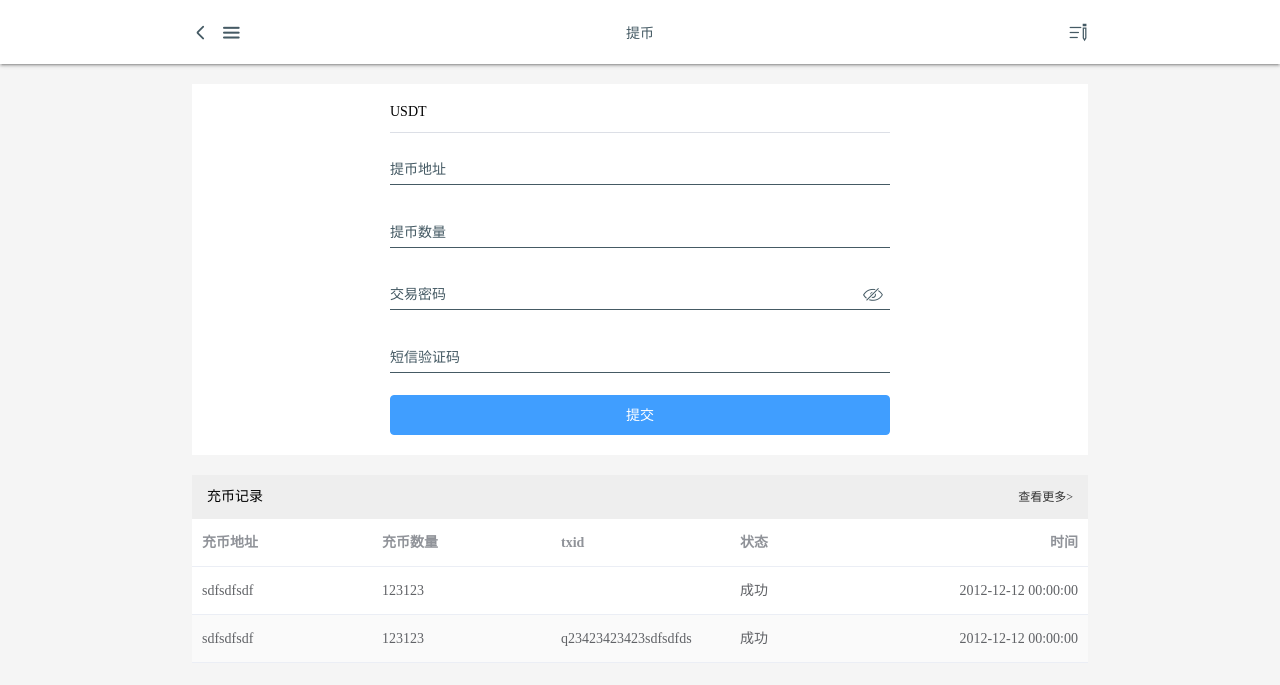
Repository: miyanshichen/ent
Page: /finance/withdraw
These files come from the project's save history. The page is drawn as it stood at one moment and after a run of saves; the edit follows.
The browser window is 1280 px wide. The pictures show the whole page.
The project was rebuilt for these pictures with package versions that can differ from the ones it lists, and the page was loaded fresh each time. Also part of the build but not shown: vue.config.js, src/assets/font/iconfont.js.

Above is the page before, as saved 2021-01-13 17:49:55.

After the next 2 saves:
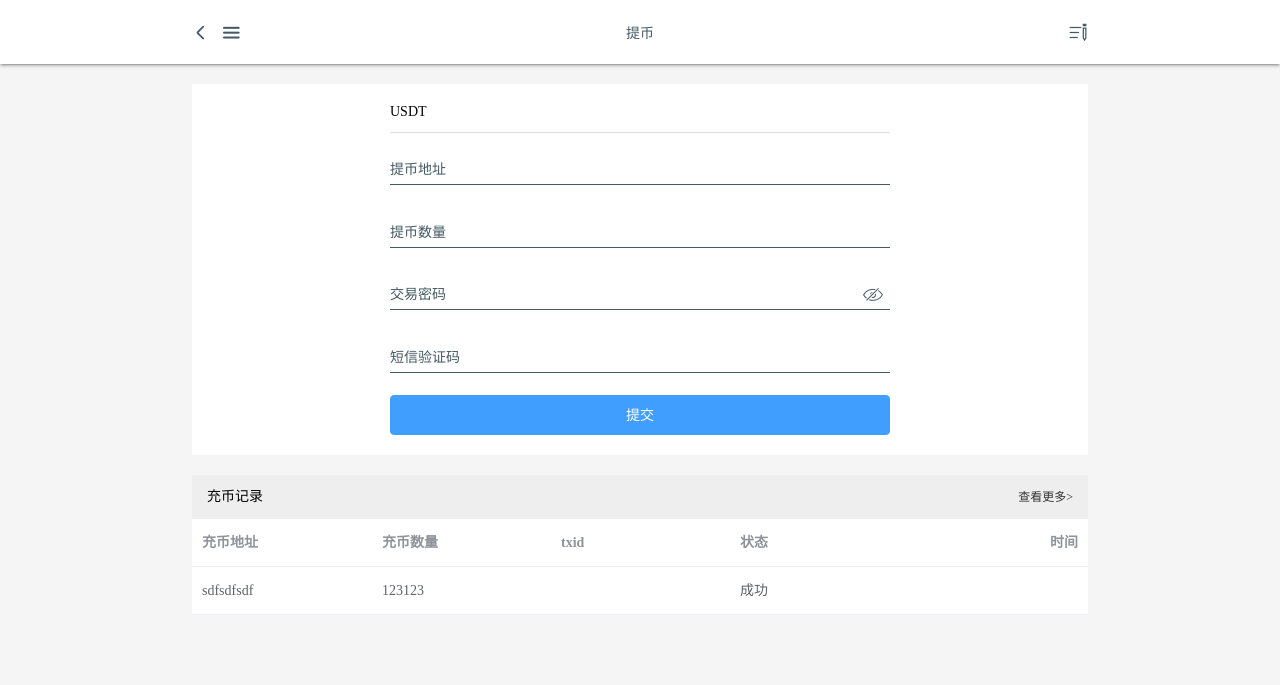
The 2 saves are shown as one change because they came seconds apart.
The last was saved 25 s later.
--- a/src/views/assets/withdraw.vue
+++ b/src/views/assets/withdraw.vue
@@ -82,14 +82,7 @@ export default {
           number_u: 123,
           id: '234234sfddf',
           statusName: "成功",
-          time: "2012-12-12 00:00:00",
-        },
-        {
-          address: "sdfsdfsdf",
-          number: 123123,
-          txid: "q23423423423sdfsdfds",
-          statusName: "成功",
-          time: "2012-12-12 00:00:00",
+          created_at: "2012-12-12 00:00:00",
         },
       ],
     };
